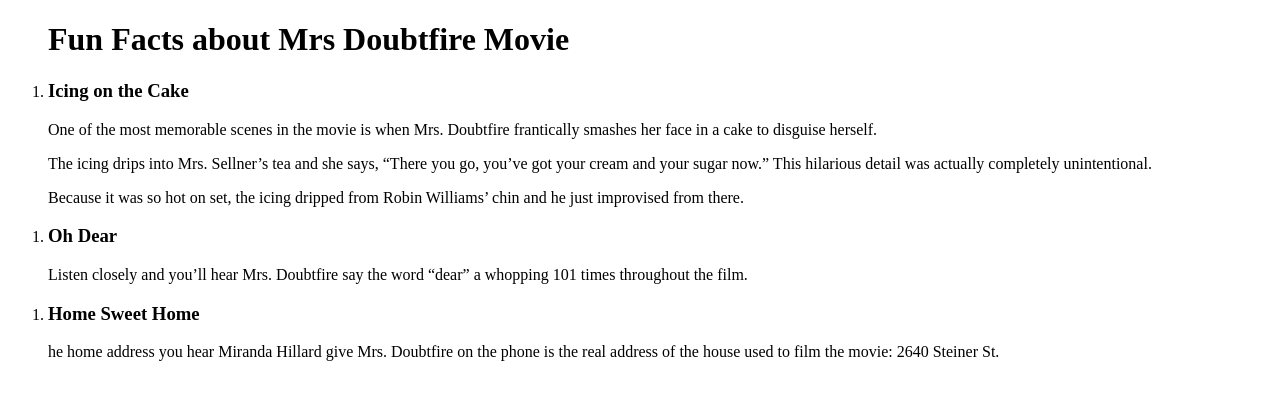
Repository: ItaConnell007/Brainnest-Main-HTML-Project
Page: fun-facts.html
The author's editor kept a copy of each file at every save. The page is drawn from the files as they stood at one save, then again after the next save.
The browser window is 1280 px wide. The pictures show the whole page.

Above is the page before, as saved 2022-08-16 17:51:36.

After the next save:
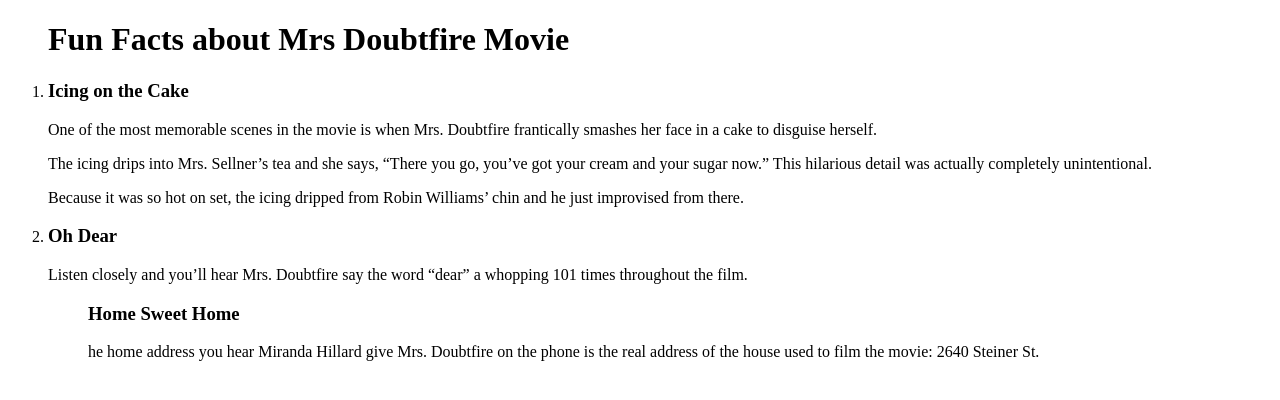
Saved 61 s later.
--- a/fun-facts.html
+++ b/fun-facts.html
@@ -29,26 +29,23 @@
 
         </li>
 
-    </ol>
 
-    <ol>
 
         <li>
             <h3>Oh Dear</h3>
             <p>Listen closely and you’ll hear Mrs. Doubtfire say the word “dear” a whopping 101 times throughout the
                 film.</p>
 
-        </li>
-    </ol>
+
 
 
 
     <ol>
 
-        <li>
+
             <h3>Home Sweet Home</h3>
             <p>he home address you hear Miranda Hillard give Mrs. Doubtfire on the phone is the real address of the house used to film the movie: 2640 Steiner St.</p>
-        </li>
+
     </ol>
 
 

After the save that followed:
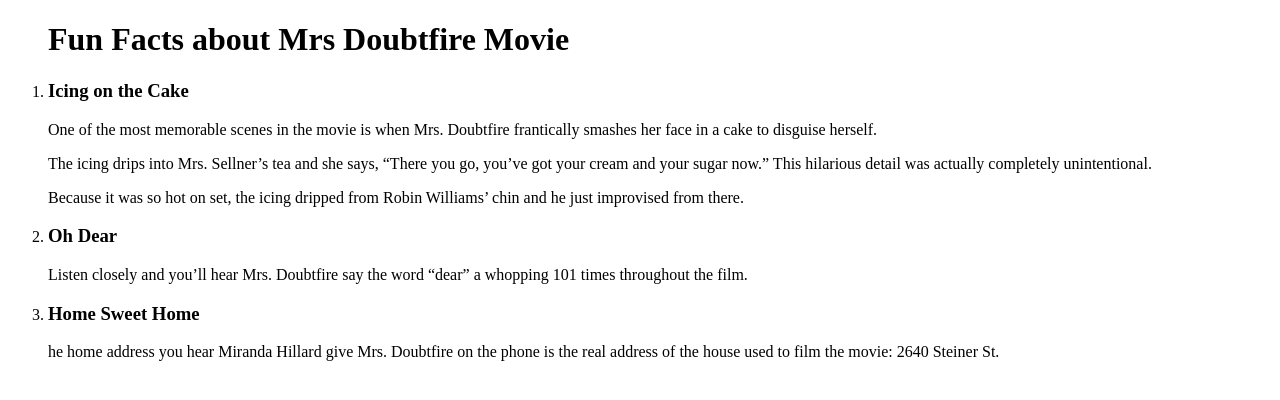
Saved 60 s later.
--- a/fun-facts.html
+++ b/fun-facts.html
@@ -11,7 +11,6 @@
 <body>
     <ol>
         <h1> Fun Facts about Mrs Doubtfire Movie</h1>
-
 
         <li>
 
@@ -30,21 +29,18 @@
         </li>
 
 
-
         <li>
             <h3>Oh Dear</h3>
             <p>Listen closely and you’ll hear Mrs. Doubtfire say the word “dear” a whopping 101 times throughout the
                 film.</p>
 
+     <li>
+
+        <h3>Home Sweet Home</h3>
+        <p>he home address you hear Miranda Hillard give Mrs. Doubtfire on the phone is the real address of the house used to film the movie: 2640 Steiner St.</p>
+     </li>
 
 
-
-
-    <ol>
-
-
-            <h3>Home Sweet Home</h3>
-            <p>he home address you hear Miranda Hillard give Mrs. Doubtfire on the phone is the real address of the house used to film the movie: 2640 Steiner St.</p>
 
     </ol>
 
